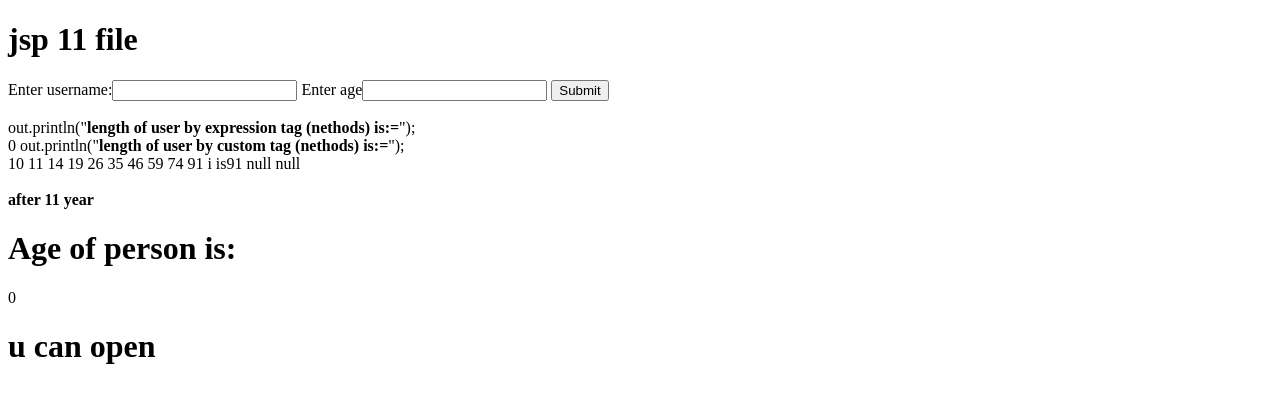
Repository: heenasalim/Java_Script
Page: http://localhost/JsphDemo/jsp11.jsp
These files come from the project's save history. The page is drawn as it stood at one moment and after the next save; the edit follows.
The browser window is 1280 px wide. The pictures show the whole page.
The page is served by Tomcat 9. Queries for data that is not in the repository find no rows.

Above is the page before, as saved 2015-10-17 06:22:07.

After the next save:
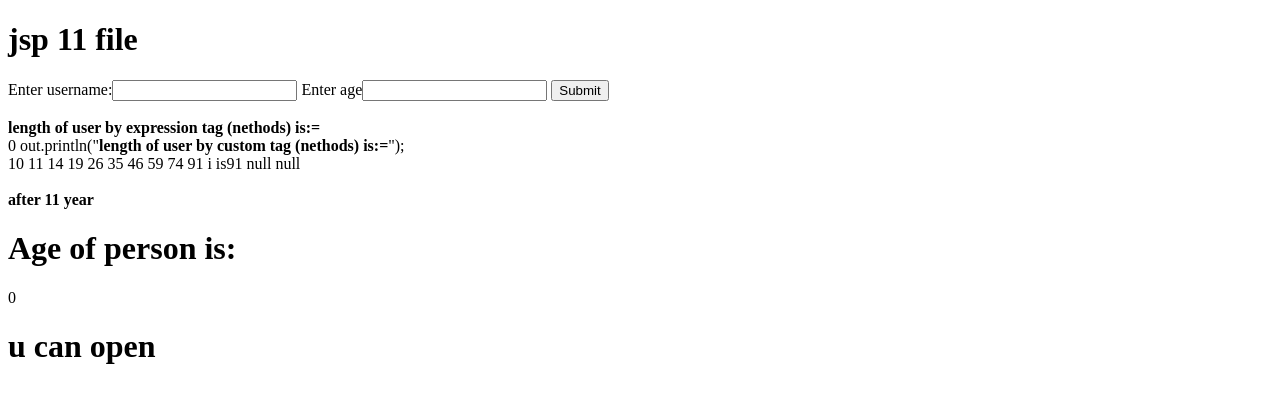
Saved 26 s later.
--- a/JsphDemo/WebContent/jsp11.jsp
+++ b/JsphDemo/WebContent/jsp11.jsp
@@ -16,7 +16,7 @@ Enter  age<input  type="text"   name="age" />
 <input  type="submit"  name="signin" />
 </form>
 <br/>
-out.println("<b>length  of  user by  expression  tag (nethods) is:=</b>");
+<b>length  of  user by  expression  tag (nethods) is:=</b>
 <br/>
 ${abc:lengthUser(param.user)}
 out.println("<b>length  of  user by  custom tag (nethods) is:=</b>");
